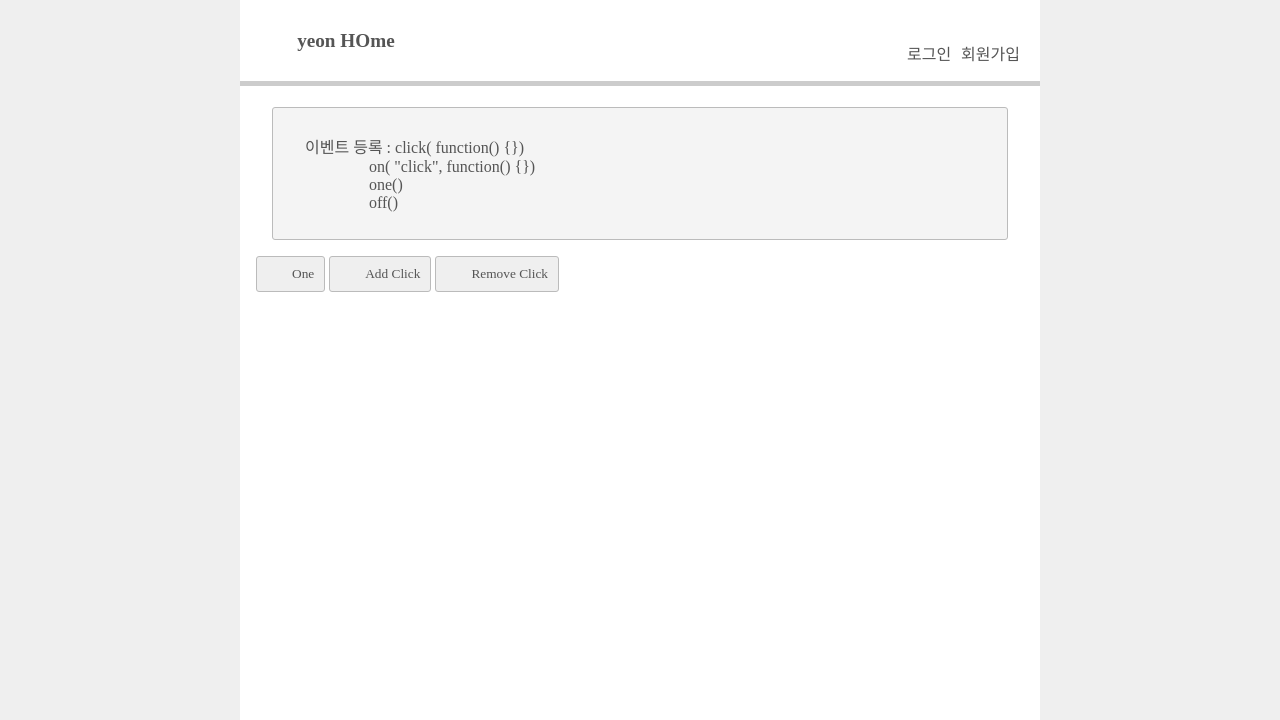
Repository: yeonhwa323/webPro
Page: webPro/src/main/webapp/jquery/days09/ex06.html
The author's editor kept a copy of each file at every save. The page is drawn from the files as they stood at one save, then again after the next save.
The browser window is 1280 px wide. The pictures show the whole page.
After loading, the first visible `#bind` was clicked once.
Some web fonts or font styles are not loaded; a fallback is used.

Above is the page before, as saved 2024-04-17 06:39:58.

After the next save:
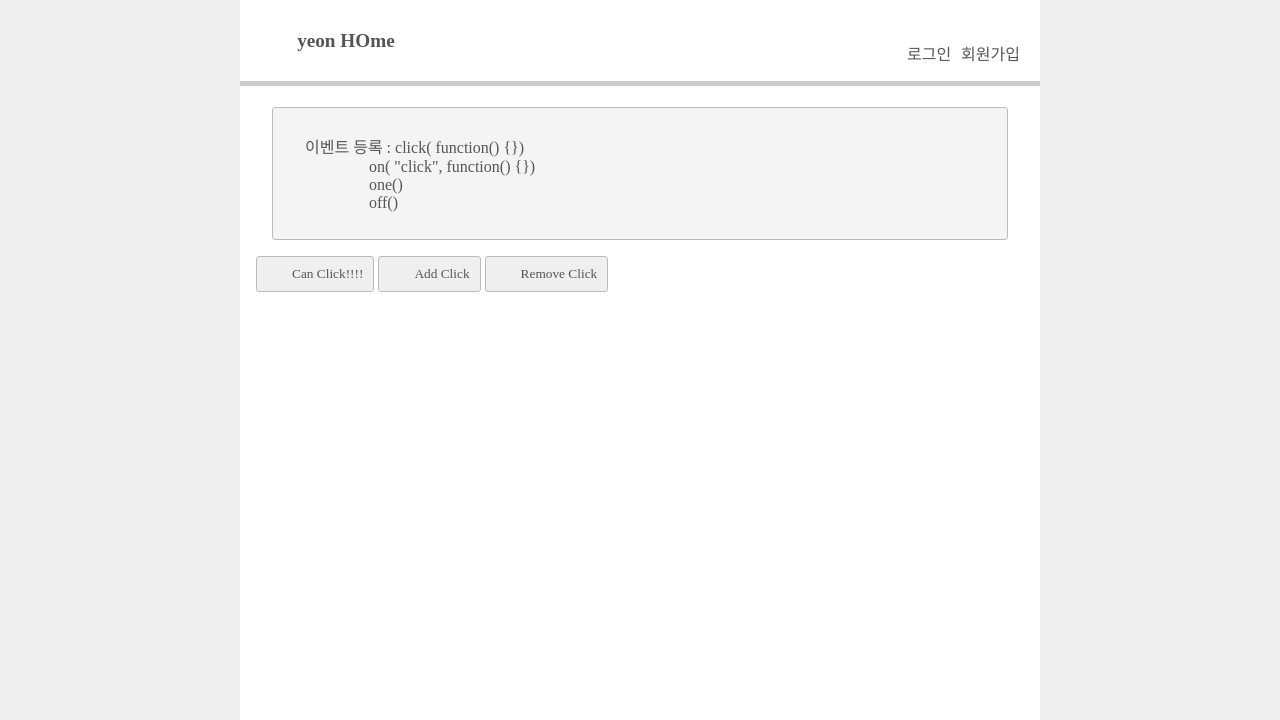
Saved 2 min 35 s later.
--- a/webPro/src/main/webapp/jquery/days09/ex06.html
+++ b/webPro/src/main/webapp/jquery/days09/ex06.html
@@ -48,7 +48,13 @@
    $("#bind").on("click", function(){
 	  // flash();
 	  // one 버튼에 클릭 이벤트를 등록
-   })
+	  //$("one").on("click", flash);
+	  //$("body #one").on("click", flash);
+	  $("body")
+	  	  .on("click","#one", flash)
+	  	  .find("#one")
+	  	  	.text("Can Click!!!!");
+   });
    $("#unbind").on("click", function(){
 	  // one 버튼에 클릭 이벤트를 제거
    })
